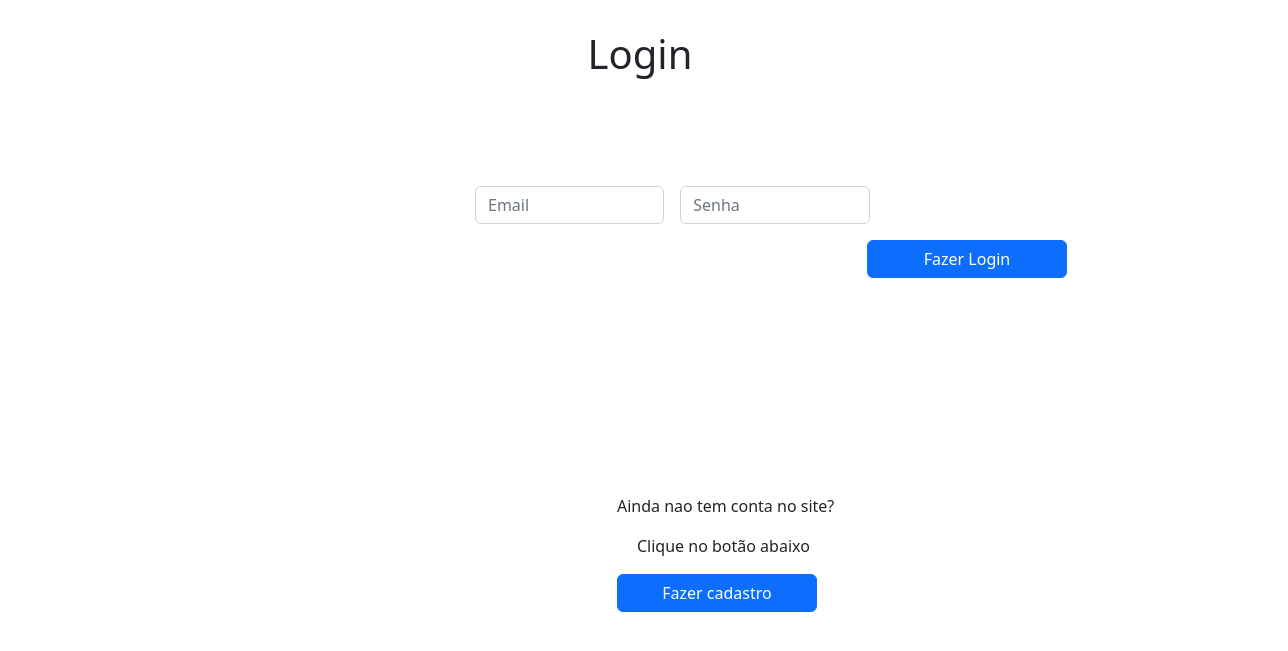
Repository: SamuelMachadoD/Java-Web-Aulas
Page: http://localhost/Redteam/WEB-INF/views/telaLogin.jsp
These files come from the project's save history. The page is drawn as it stood at one moment and after the next save; the edit follows.
The browser window is 1280 px wide. The page is 1288 px wide, so the pictures cover 1288 px, including what lies to the right of the window. The pictures show the whole page.
The page is served by Tomcat 9. Nobody is signed in. The template is opened directly, without the code that normally fills it, so the values that code supplies are empty.

Above is the page before, as saved 2022-07-19 06:19:58.

After the next save:
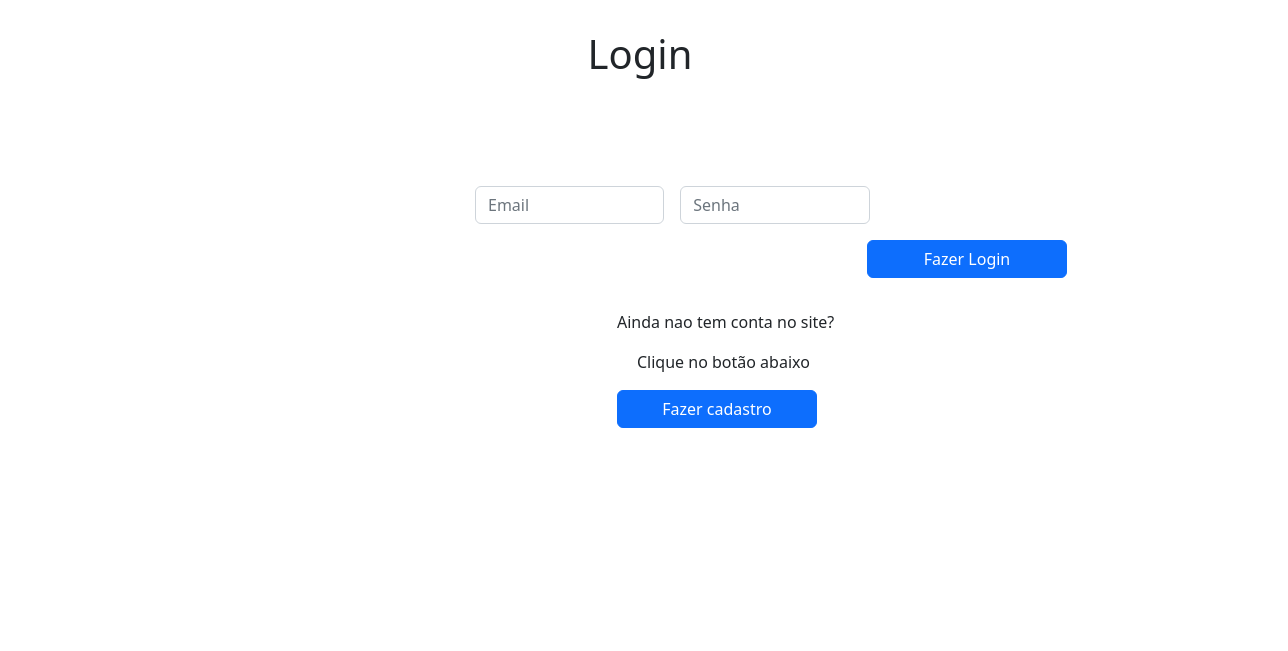
Saved 12 s later.
--- a/Redteam/src/main/webapp/WEB-INF/views/telaLogin.jsp
+++ b/Redteam/src/main/webapp/WEB-INF/views/telaLogin.jsp
@@ -38,7 +38,7 @@
         </div>
     </form>
     <form action="Entrada?acao=MostraCadastro" method="post" class="row g-3">
-        <div style="padding-left: 150px; margin-top: 200px;" class="col-12">
+        <div style="padding-left: 150px; margin-top: ''00px;" class="col-12">
             <p >Ainda nao tem conta no site?</p>
             <p style="padding-left: 20px;">Clique no botão abaixo</p>
             <button style="width: 200px" type="submit" class="btn btn-primary">Fazer cadastro</button>
